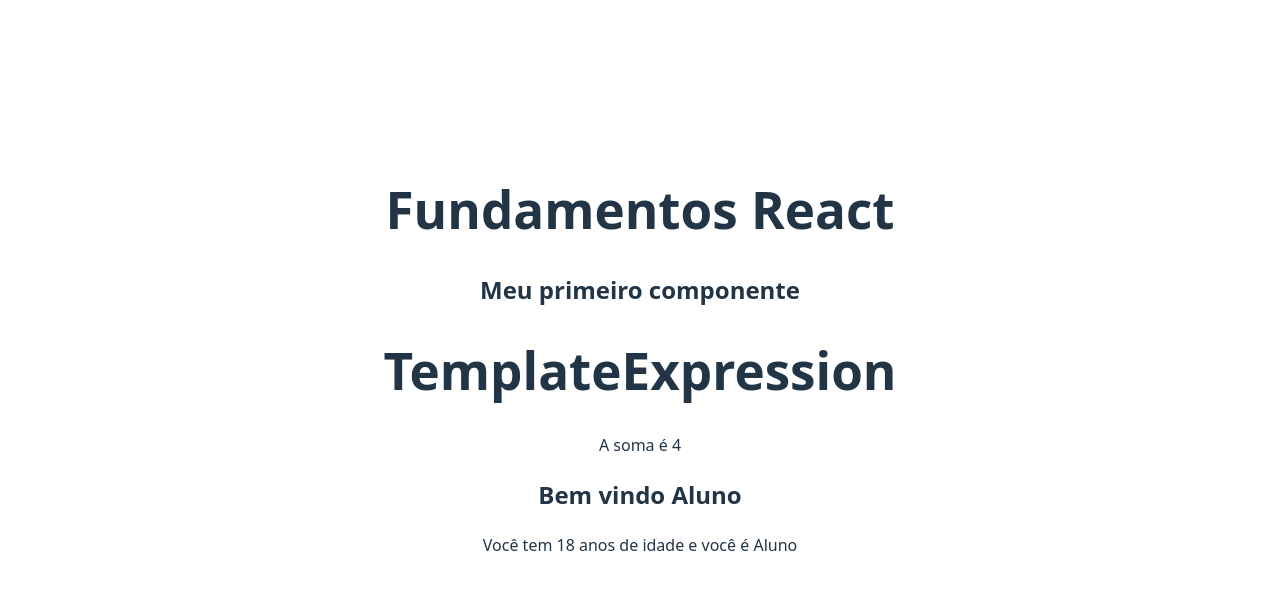
Repository: bellincanta/ReactNative
Page: / (app in Projetos/aulaReact/)
An editor plug-in stored every save of this project. The page is shown before and after the next save, followed by the edit.
The browser window is 1280 px wide. The pictures show the whole page.
The project was rebuilt for these pictures with package versions that can differ from the ones it lists, and the page was loaded fresh each time. Also part of the build but not shown: Projetos/aulaReact/vite.config.ts.

Above is the page before, as saved 2025-06-05 17:59:05.

After the next save:
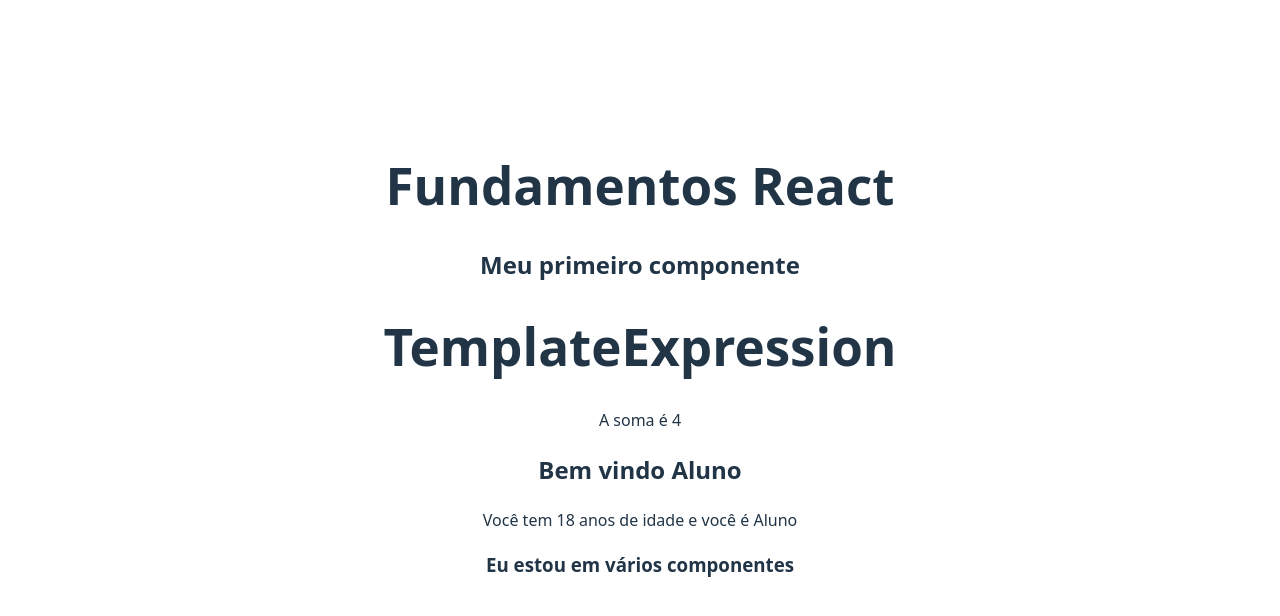
Saved 49 s later.
--- a/Projetos/aulaReact/src/App.tsx
+++ b/Projetos/aulaReact/src/App.tsx
@@ -1,6 +1,7 @@
 //importação de componentes
 import PrimeiroComponente from './components/PrimeiroComponente'
 import TemplateExpression from './components/TemplateExpression'
+import MeuComponente from './components/MeuComponente'
 import './App.css'
 
 function App() {
@@ -12,6 +13,8 @@ function App() {
        <h1>Fundamentos React</h1>
        <PrimeiroComponente/>
        <TemplateExpression/>
+       <MeuComponente/>
+
       </div>
     </>
   )
